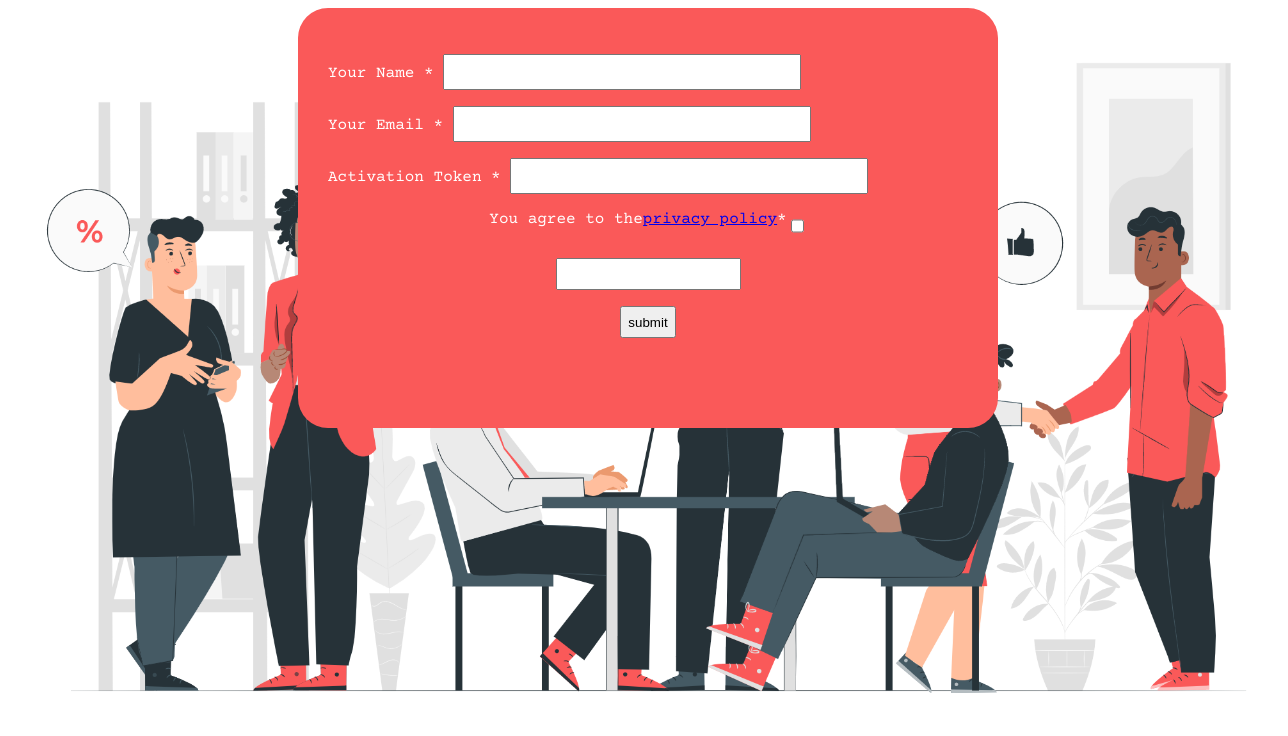
Repository: Rachael4life/Assignment-1
Page: starter-code/src/index.html
These files come from the project's save history. The page is drawn as it stood at one moment and after the next save; the edit follows.
The browser window is 1280 px wide. The page is 1288 px wide, so the pictures cover 1288 px, including what lies to the right of the window. The pictures show the whole page.

Above is the page before, as saved 2022-02-25 15:46:43.

### starter-code/src/index.html
<!DOCTYPE html>
<html lang="en">
<head>
    <meta charset="UTF-8">
    <meta http-equiv="X-UA-Compatible" content="IE=edge">
    <meta name="viewport" content="width=device-width, initial-scale=1.0">
    <link rel="stylesheet" href="style.css">
    <link rel="preconnect" href="https://fonts.googleapis.com">
<link rel="preconnect" href="https://fonts.gstatic.com" crossorigin>
    <link href="https://fonts.googleapis.com/css2?family=Courier+Prime&display=swap" rel="stylesheet">
    <title>Assignment 1</title>
</head>
<body>
    <div id="ramyeon">

        <form class="kimchi">
            <div> <p></p>
                <label for="name">Your Name <span class="asteric">*</span></label>
                <input class="formgroup" type="text" name="name" id="name" placeholder="">
            </div>
            <div> <p></p>
                <label for="email">Your Email <span class="asteric">*</span> </label>
                <input class="formgroup" type="text" name="email" id="email" placeholder="">
            </div>
            <div> <p></p>
                <label for="password">Activation Token <span class="asteric">*</span> </label>
                <input class="formgroup" type="password" name="activation token" id="name" placeholder="">
            </div>
           <p></p>
            <div id="water"><p></p>
                You agree to the <a href="privacy policy"> privacy policy</a> * <input type="checkbox">
            </div>
            <p></p>
            <div id="beef"><p></p>
                <input type="text">
            </div>
            <p></p>
            <div id="gogi"><p></p>
                <button type="button">submit</button>
            </div>
        </form>
    </div>
</body>
</html>

### starter-code/src/style.css
body {
    color: white;
    font-family: 'Courier Prime', monospace;
    width: 100vw;
    height: 100vh;
    background-image: url("img.png");
    background-position: 10px;
    background-size: cover;
    background-repeat: no-repeat;
}
form {
    background-color: #fa5959;
    font-size: 16px;
    width: 50%;
    height: 50%;
    padding: 30px;
    border-radius: 30px;
}
#ramyeon {
    display: flex;
    justify-content: center;
    align-content: space-between;
    width: 100%;
    height: 100%;
}
#beef {
    align-content: center;
    justify-content: center;
    display: flex;
}
#gogi {
    display: flex;
    justify-content: center;
    align-content:center;
}
#water {
    align-content: center;
    justify-content: center;
    display:flex;
}
.formgroup {
    width: 350px;
    height: 30px;
}

After the next save:
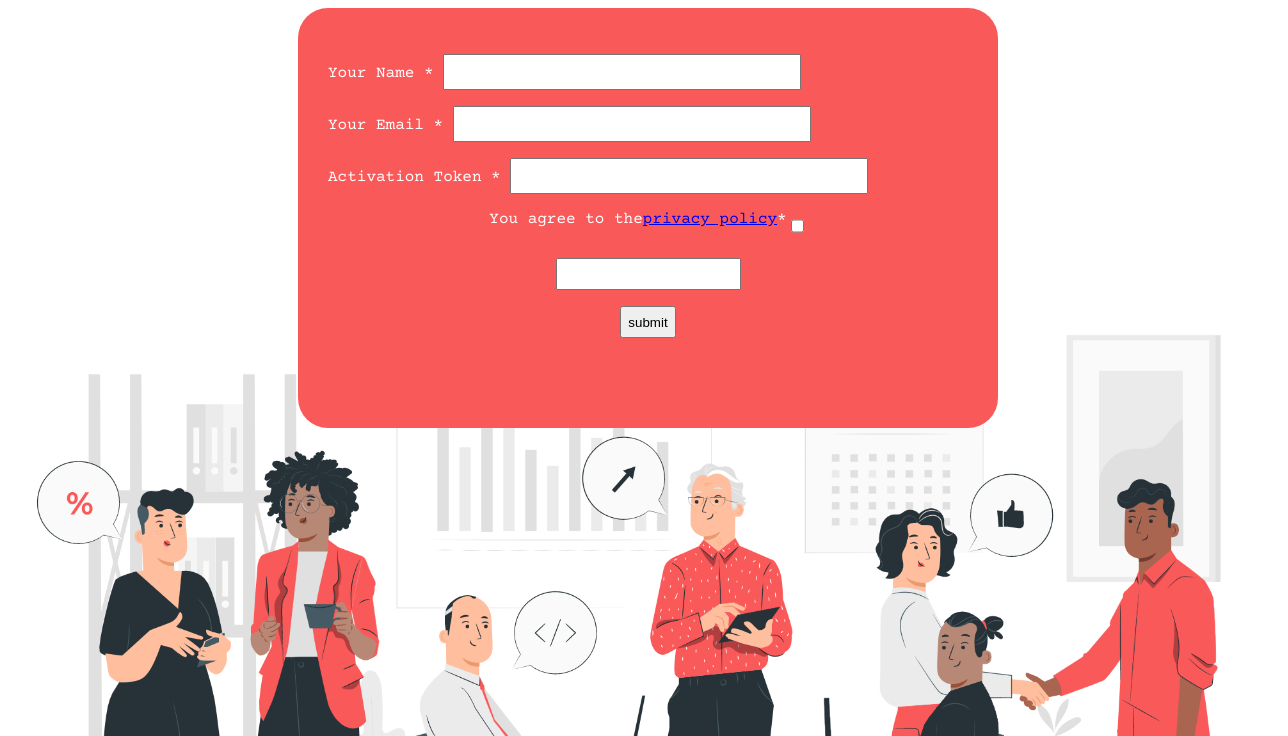
Saved 14 s later.
--- a/starter-code/src/style.css
+++ b/starter-code/src/style.css
@@ -4,7 +4,6 @@ body {
     width: 100vw;
     height: 100vh;
     background-image: url("img.png");
-    background-position: 10px;
     background-size: cover;
     background-repeat: no-repeat;
 }
